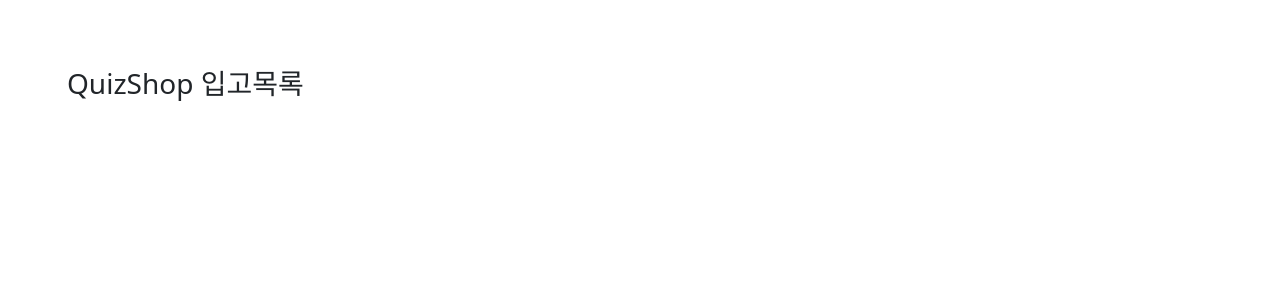
Repository: JunbroGit/SistProject
Page: http://localhost/jsaAjaxProject/quizshop/shopList.jsp
These files come from the project's save history. The page is drawn as it stood at one moment and after the next save; the edit follows.
The browser window is 1280 px wide. The pictures show the whole page.
Some web fonts or font styles are not loaded; a fallback is used. The page is served by Tomcat 9.

Above is the page before, as saved 2024-03-12 06:11:37.

After the next save:
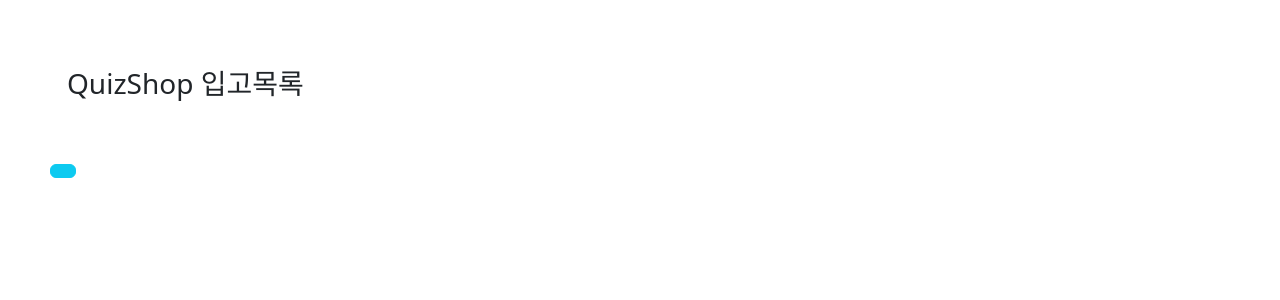
Saved 37 s later.
--- a/jspwork/jsaAjaxProject/src/main/webapp/quizshop/shopList.jsp
+++ b/jspwork/jsaAjaxProject/src/main/webapp/quizshop/shopList.jsp
@@ -12,6 +12,12 @@
 <body>
 <div style="margin: 50px 50px; width: 800px;">
 	<h3 class="alert Laert-info">QuizShop 입고목록</h3>
+	<br>
+	<button type="button" class="btn btn-info"></button>
+	<br>
+	<table class="table table-bordered">
+
+	</table>
 </div>
 </body>
 </html>
